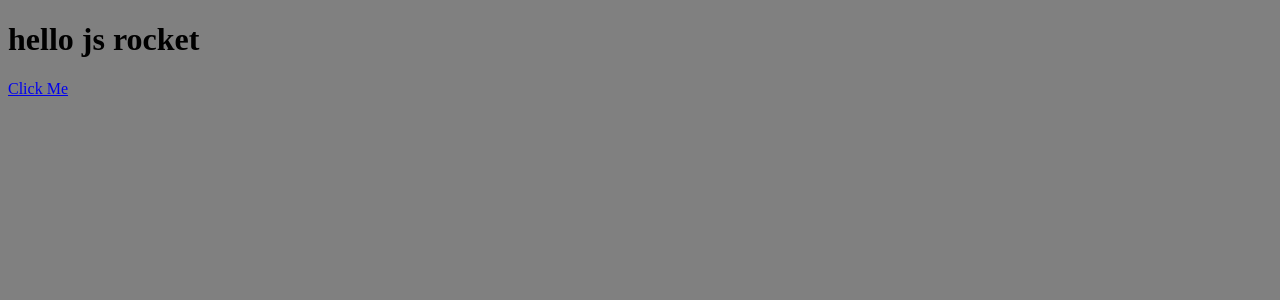
Repository: alcarrizo/Rocket-launch
Page: index.html
The author's editor kept a copy of each file at every save. The page is drawn from the files as they stood at one save, then again after the next save.
The browser window is 1280 px wide. The pictures show the whole page.

Above is the page before, as saved 2022-10-19 17:14:25.

### index.html
<!DOCTYPE html>
<html lang="en">
<head>
    <meta charset="UTF-8">
    <meta http-equiv="X-UA-Compatible" content="IE=edge">
    <meta name="viewport" content="width=device-width, initial-scale=1.0">
    <title>JS Rocket</title>
    <script type="text/javascript" src="js/script.js"> </script>
    <link rel="stylesheet" href="css/style.css">
</head>
<body>
    <h1>hello js rocket</h1>
   <a href="#" onclick="doCoolStuff();">Click Me</a>
</body>
</html>

### js/script.js
var car = {
    make: 'VW',
    type: 'Polo',
    color: 'blue',
    isTurnedOn: false,
    numOfWheels: 4,
    seats: [
        'seat1',
        'seat2',
        'seat3',
        'seat4'
    ],
    turnOn: function () {
        this.isTurnedOn = true;
    },
    turnOff: function () {
        this.isTurnedOn = false;
    },
    fly: function () {
        alert('fly');
    },
    switchCar: function (isOn) {
        console.log('turn car ' + isOn)
        if (isOn == true) {
            this.isTurnedOn = true;
        }
        else {
            this.isTurnedOn = false;
        }
    }

};

console.log('hello there friends!');

Loaded but not shown: css/style.css (common file)

After the next save:
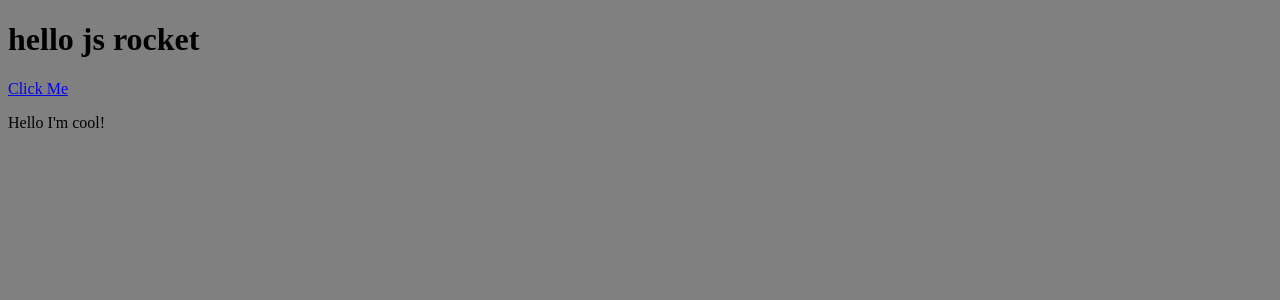
Saved 38 s later.
--- a/index.html
+++ b/index.html
@@ -11,5 +11,8 @@
 <body>
     <h1>hello js rocket</h1>
    <a href="#" onclick="doCoolStuff();">Click Me</a>
+   <div class="cool">
+        <p>Hello I'm cool!</p>
+   </div>
 </body>
 </html>
